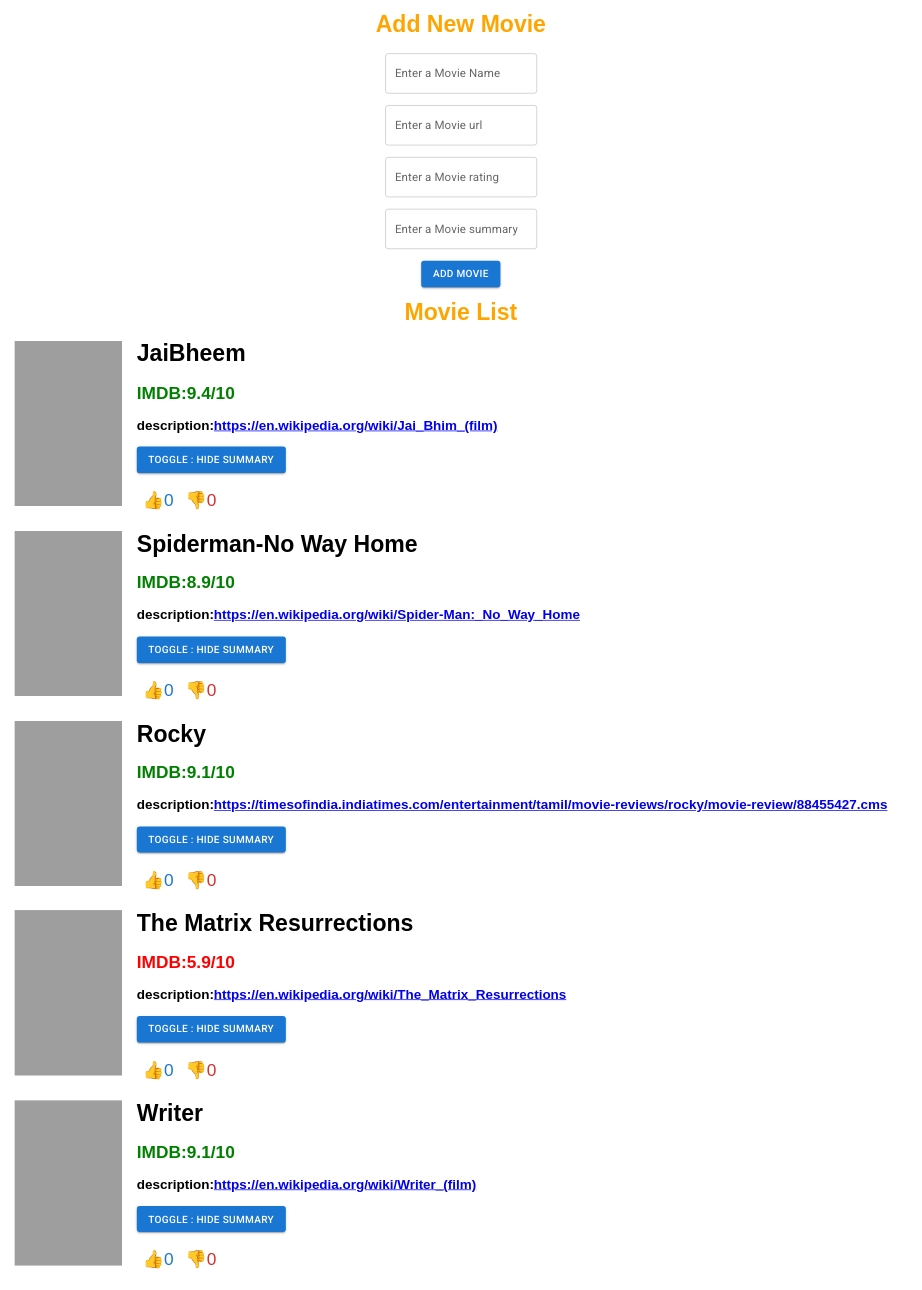
Repository: baladhinesh18/first-app
Page: /AddColor
The author's editor kept a copy of each file at every save. The page is drawn from the files as they stood at one save, then again after the next save.
The browser window is 1280 px wide. The pictures show the whole page, at 72% of full size.
Pictures or frames that could not be fetched are drawn as grey boxes. The project was rebuilt for these pictures with package versions that can differ from the ones it lists, and the page was loaded fresh each time.

Above is the page before, as saved 2022-01-28 18:01:55.

After the next save:
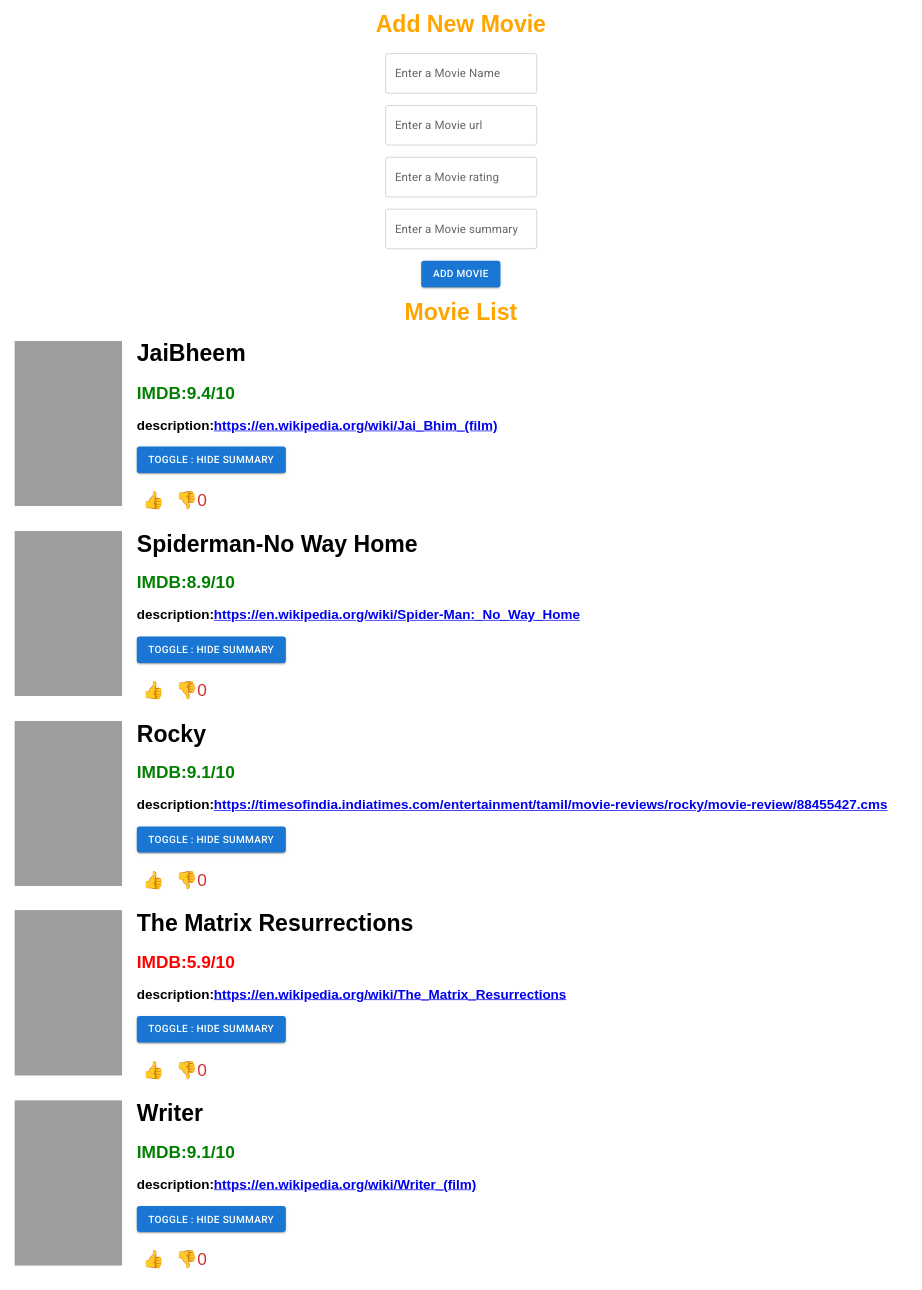
Saved 4 min 34 s later.
--- a/src/App.js
+++ b/src/App.js
@@ -4,6 +4,7 @@
 import Button from '@mui/material/Button';
 import TextField from '@mui/material/TextField';
 import IconButton from '@mui/material/IconButton';
+import Badge from '@mui/material/Badge';
 // const[add,setAdd] =useState([]);
 function App() {
   let users = [
@@ -76,10 +77,12 @@
 function Counter(){
 const [like,setLike]=useState(0);
 const[dislike,setDislike]=useState(0);
-const marr={margin:'0 1rem 0 0 ',}
+// const marr={margin:'0 1rem 0 0 ',}
 return(
   <div className="vacls">
-  <IconButton onClick={()=>setLike(like+1)} color="primary"   >👍{like}</IconButton>
+  <IconButton onClick={()=>setLike(like+1)} color="primary"   > <Badge badgeContent={like} color="primary">
+  👍
+    </Badge></IconButton>
   <IconButton onClick={()=>setDislike(dislike+1)}   color="error">👎{dislike}</IconButton>
   {/* <h1>{like}</h1> */}
   </div>
